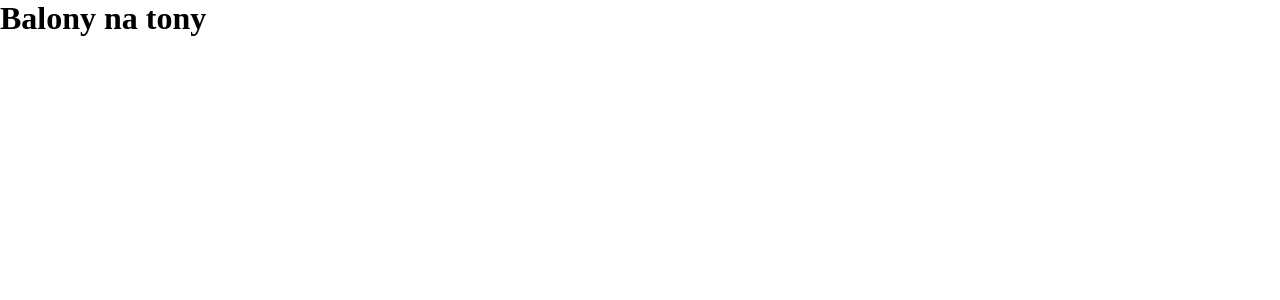
Repository: zbyniu1956/Project-Zibi
Page: index.html
These files come from the project's save history. The page is drawn as it stood at one moment and after the next save; the edit follows.
The browser window is 1280 px wide. The pictures show the whole page.

Above is the page before, as saved 2022-06-02 00:26:03.

After the next save:
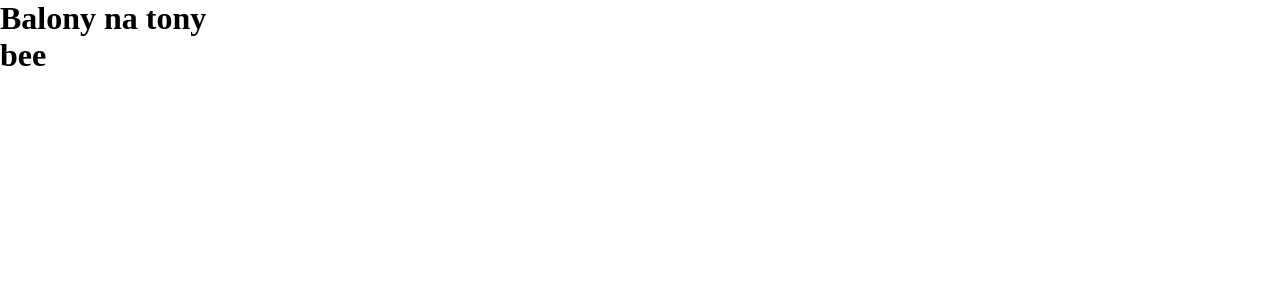
Saved 6 s later.
--- a/index.html
+++ b/index.html
@@ -14,7 +14,7 @@
 <body>
   <header>
     <h1>Balony na tony</h1>
-
+    <h1>bee</h1>
   </header>
 </body>
 </html>

After the save that followed:
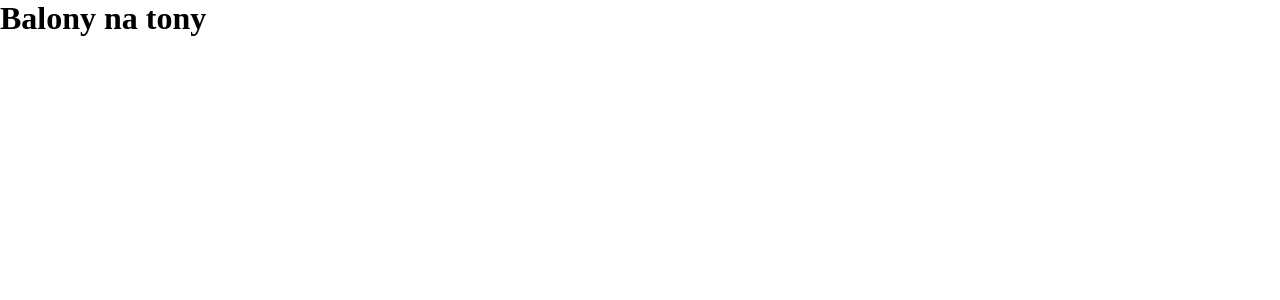
Saved 10 s later.
--- a/index.html
+++ b/index.html
@@ -14,7 +14,7 @@
 <body>
   <header>
     <h1>Balony na tony</h1>
-    <h1>bee</h1>
+
   </header>
 </body>
 </html>
